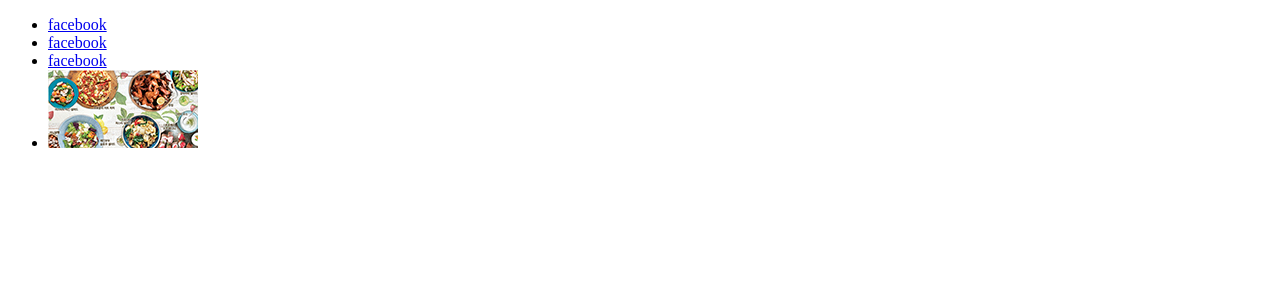
Repository: masima305/html_study
Page: Ex_1220/WebContent/day1/ul.html
These files come from the project's save history. The page is drawn as it stood at one moment and after the next save; the edit follows.
The browser window is 1280 px wide. The pictures show the whole page.

Above is the page before, as saved 2017-12-20 06:54:42.

### Ex_1220/WebContent/day1/ul.html
<!DOCTYPE html>
<html>
	<head>
		<meta charset="UTF-8">
		<title>ul</title>
	</head>
	<body>

		<ul>

			<li> <a href ="#">facebook</a> </li>
			<li> <a href ="#">facebook</a> </li>
			<li> <a href ="#">facebook</a> </li>
			<li>
				<img alt="꽃1" src="../image/aa2.jpg">
			</li>
		</ul>



	</body>
</html>

After the next save:
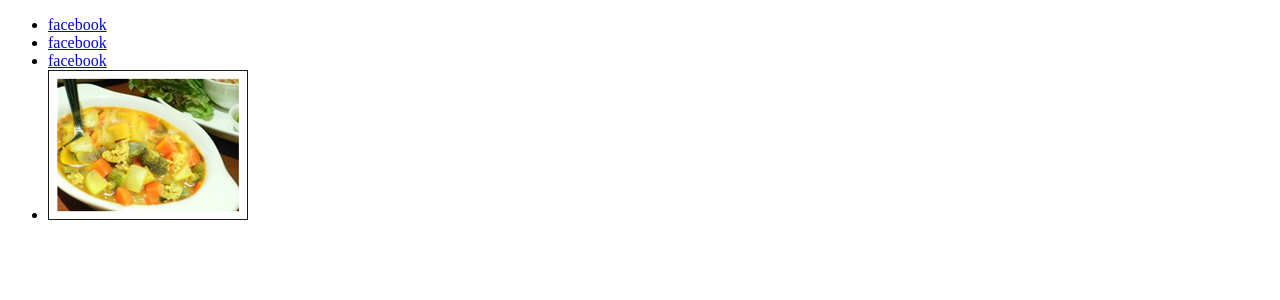
Saved 58 s later.
--- a/Ex_1220/WebContent/day1/ul.html
+++ b/Ex_1220/WebContent/day1/ul.html
@@ -12,7 +12,7 @@
 			<li> <a href ="#">facebook</a> </li>
 			<li> <a href ="#">facebook</a> </li>
 			<li>
-				<img alt="꽃1" src="../image/aa2.jpg">
+				<img alt="꽃1" src="../image/curry.jpg">
 			</li>
 		</ul>
 
